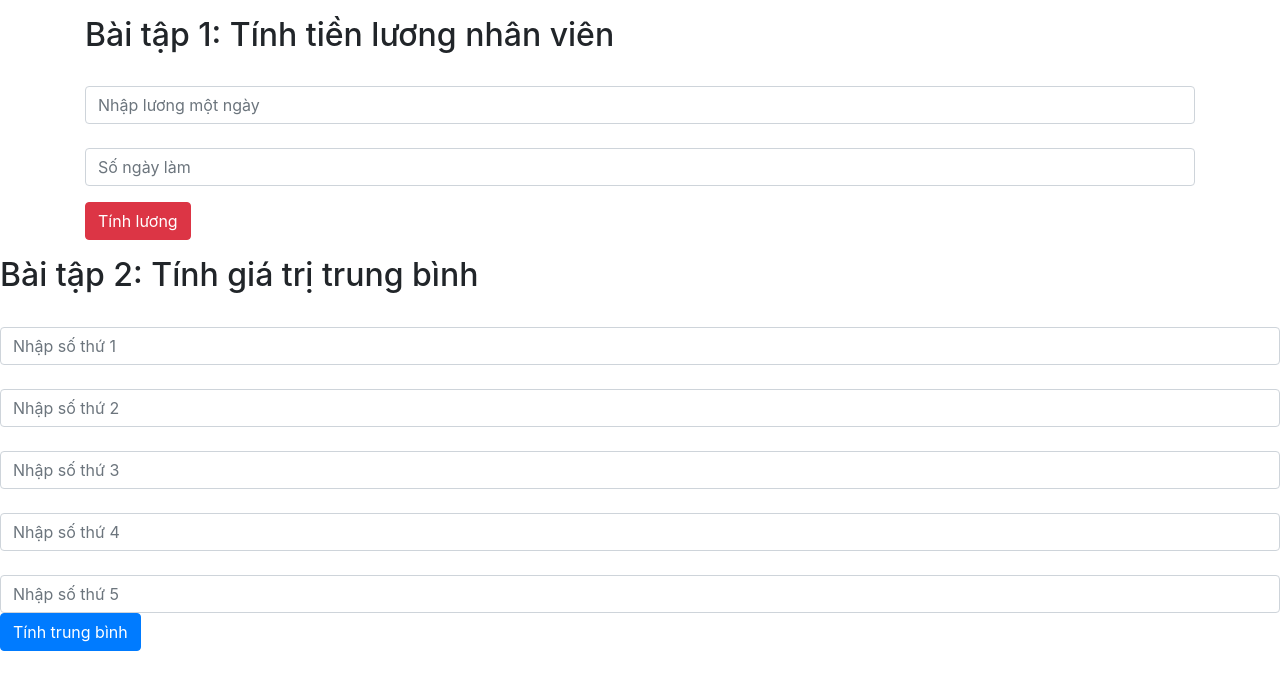
Repository: thanhfrankie/BC10-LeMinhThanh-Js-b2-3
Page: index.html
The author's editor kept a copy of each file at every save. The page is drawn from the files as they stood at one save, then again after a run of saves.
The browser window is 1280 px wide. The pictures show the whole page.

Above is the page before, as saved 2023-12-15 15:28:47.

### index.html
<!DOCTYPE html>
<html lang="en">
  <head>
    <title>Title</title>
    <!-- Required meta tags -->
    <meta charset="utf-8" />
    <meta
      name="viewport"
      content="width=device-width, initial-scale=1, shrink-to-fit=no"
    />

    <!-- Bootstrap CSS -->
    <link
      rel="stylesheet"
      href="https://stackpath.bootstrapcdn.com/bootstrap/4.3.1/css/bootstrap.min.css"
      integrity="sha384-ggOyR0iXCbMQv3Xipma34MD+dH/1fQ784/j6cY/iJTQUOhcWr7x9JvoRxT2MZw1T"
      crossorigin="anonymous"
    />
  </head>
  <body>
    <!-- Bài tập 1 -->
    <div class="container">
      <h2 class="mt-3">Bài tập 1: Tính tiền lương nhân viên
      </h2>
      <div class="form-group">
        <label for="luong-mot-ngay"></label>
        <input
          type="number"
          class="form-control"
          name=""
          id="luong-mot-ngay"
          aria-describedby="helpId"
          placeholder="Nhập lương một ngày"
          required
        />
        <label for="so-ngay-lam"></label>
        <input
          type="number"
          class="form-control"
          name=""
          id="so-ngay-lam"
          aria-describedby="helpId"
          placeholder="Số ngày làm"
          required
        />
        <button type="button" onclick="tinhLuong()" class="btn btn-danger mt-3">
          Tính lương
        </button>
      </div>
      <h2 id="luong-nhan-duoc"></h2>
    </div>
    <!-- Bài tập 2 -->
    <div class="form-group">
      <h2>Bài tập 2: Tính giá trị trung bình</h2>
      <label for="so-thu-1"></label>
      <input type="text"
        class="form-control" name="" id="so-thu-1" aria-describedby="helpId" placeholder="Nhập số thứ 1">
      <label for="so-thu-2"></label>
      <input type="text"
        class="form-control" name="" id="so-thu-2" aria-describedby="helpId" placeholder="Nhập số thứ 2">
      <label for="so-thu-3"></label>
      <input type="text"
        class="form-control" name="" id="so-thu-3" aria-describedby="helpId" placeholder="Nhập số thứ 3">
      <label for="so-thu-4"></label>
      <input type="text"
        class="form-control" name="" id="so-thu-4" aria-describedby="helpId" placeholder="Nhập số thứ 4">
      <label for="so-thu-5"></label>
      <input type="text"
        class="form-control" name="" id="so-thu-5" aria-describedby="helpId" placeholder="Nhập số thứ 5">
      <button type="button" onclick="tinhTrungBinh()" class="btn btn-primary">Tính trung bình</button>
      <h2 id="ket-qua"></h2>
    </div>
    <!-- Optional JavaScript -->
    <!-- jQuery first, then Popper.js, then Bootstrap JS -->
    <script
      src="https://code.jquery.com/jquery-3.3.1.slim.min.js"
      integrity="sha384-q8i/X+965DzO0rT7abK41JStQIAqVgRVzpbzo5smXKp4YfRvH+8abtTE1Pi6jizo"
      crossorigin="anonymous"
    ></script>
    <script
      src="https://cdnjs.cloudflare.com/ajax/libs/popper.js/1.14.7/umd/popper.min.js"
      integrity="sha384-UO2eT0CpHqdSJQ6hJty5KVphtPhzWj9WO1clHTMGa3JDZwrnQq4sF86dIHNDz0W1"
      crossorigin="anonymous"
    ></script>
    <script
      src="https://stackpath.bootstrapcdn.com/bootstrap/4.3.1/js/bootstrap.min.js"
      integrity="sha384-JjSmVgyd0p3pXB1rRibZUAYoIIy6OrQ6VrjIEaFf/nJGzIxFDsf4x0xIM+B07jRM"
      crossorigin="anonymous"
    ></script>
    <script src="./index.js"></script>
  </body>
</html>

### index.js
// Bài tập 1
/**
 * B1: tạo biến, lấy giá trị từ input
 * B2: Tính lương
 * + tạo biến để tính lương: lương 1 ngày * số ngày làm
 * + gán sự kiện click cho button
 * B3: hiển thị kết quả
 */
function tinhLuong() {
  // B1:
  var luongMotNgay = document.getElementById("luong-mot-ngay").value;
  var soNgayLam = document.getElementById("so-ngay-lam").value;
  // B2, B3:
  var luongNhanDuoc = document.getElementById("luong-nhan-duoc");
  luongNhanDuoc.innerText = luongMotNgay * soNgayLam;
}
// Bài tập 2
/**
 * B1: tạo biến, lấy giá trị từ input
 * B2: Tính giá trị trung bình
 * + tạo biến để tính giá trị trung bình: tổng các giá trị đã nhập / số giá trị đã nhập
 * + gán sự kiện click cho button
 * B3: hiển thị kết quả
 */
function tinhTrungBinh() {

}

After the next 3 saves:
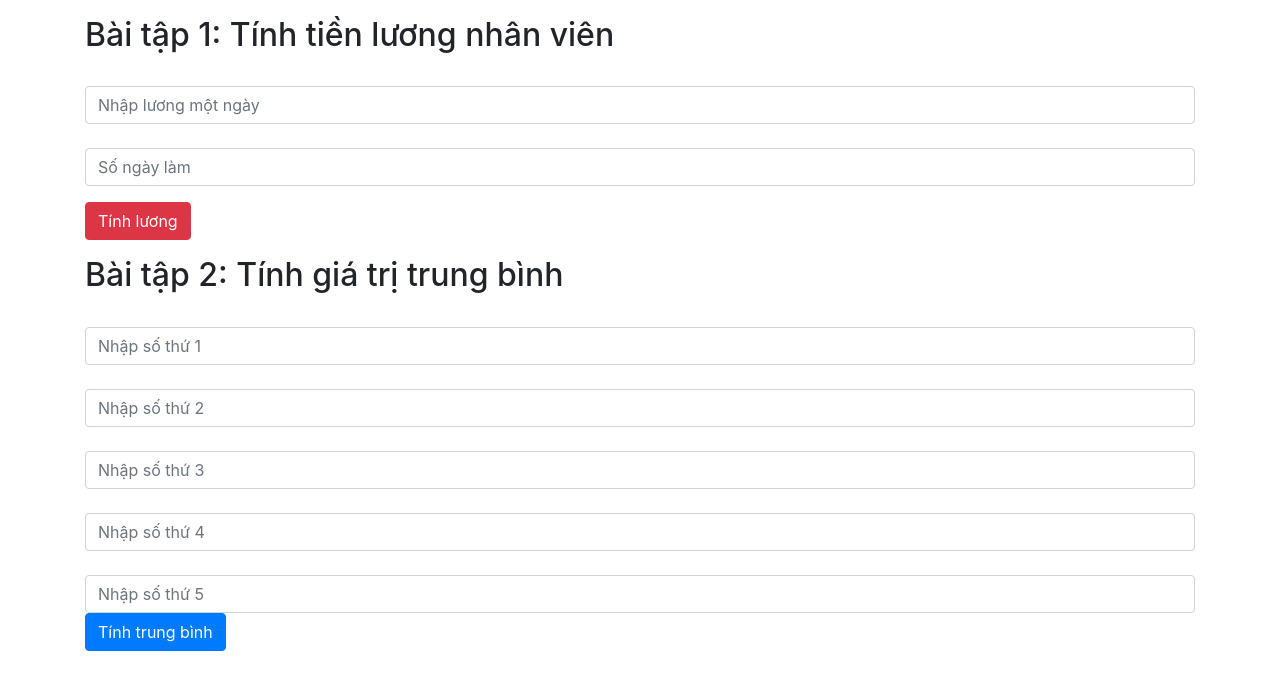
The 3 saves are shown as one change because they came seconds apart.
The last was saved 18 s later.
--- a/index.html
+++ b/index.html
@@ -20,8 +20,7 @@
   <body>
     <!-- Bài tập 1 -->
     <div class="container">
-      <h2 class="mt-3">Bài tập 1: Tính tiền lương nhân viên
-      </h2>
+      <h2 class="mt-3">Bài tập 1: Tính tiền lương nhân viên</h2>
       <div class="form-group">
         <label for="luong-mot-ngay"></label>
         <input
@@ -50,26 +49,61 @@
       <h2 id="luong-nhan-duoc"></h2>
     </div>
     <!-- Bài tập 2 -->
-    <div class="form-group">
-      <h2>Bài tập 2: Tính giá trị trung bình</h2>
-      <label for="so-thu-1"></label>
-      <input type="text"
-        class="form-control" name="" id="so-thu-1" aria-describedby="helpId" placeholder="Nhập số thứ 1">
-      <label for="so-thu-2"></label>
-      <input type="text"
-        class="form-control" name="" id="so-thu-2" aria-describedby="helpId" placeholder="Nhập số thứ 2">
-      <label for="so-thu-3"></label>
-      <input type="text"
-        class="form-control" name="" id="so-thu-3" aria-describedby="helpId" placeholder="Nhập số thứ 3">
-      <label for="so-thu-4"></label>
-      <input type="text"
-        class="form-control" name="" id="so-thu-4" aria-describedby="helpId" placeholder="Nhập số thứ 4">
-      <label for="so-thu-5"></label>
-      <input type="text"
-        class="form-control" name="" id="so-thu-5" aria-describedby="helpId" placeholder="Nhập số thứ 5">
-      <button type="button" onclick="tinhTrungBinh()" class="btn btn-primary">Tính trung bình</button>
-      <h2 id="ket-qua"></h2>
+    <div class="container">
+      <div class="form-group">
+        <h2>Bài tập 2: Tính giá trị trung bình</h2>
+        <label for="so-thu-1"></label>
+        <input
+          type="text"
+          class="form-control"
+          name=""
+          id="so-thu-1"
+          aria-describedby="helpId"
+          placeholder="Nhập số thứ 1"
+        />
+        <label for="so-thu-2"></label>
+        <input
+          type="text"
+          class="form-control"
+          name=""
+          id="so-thu-2"
+          aria-describedby="helpId"
+          placeholder="Nhập số thứ 2"
+        />
+        <label for="so-thu-3"></label>
+        <input
+          type="text"
+          class="form-control"
+          name=""
+          id="so-thu-3"
+          aria-describedby="helpId"
+          placeholder="Nhập số thứ 3"
+        />
+        <label for="so-thu-4"></label>
+        <input
+          type="text"
+          class="form-control"
+          name=""
+          id="so-thu-4"
+          aria-describedby="helpId"
+          placeholder="Nhập số thứ 4"
+        />
+        <label for="so-thu-5"></label>
+        <input
+          type="text"
+          class="form-control"
+          name=""
+          id="so-thu-5"
+          aria-describedby="helpId"
+          placeholder="Nhập số thứ 5"
+        />
+        <button type="button" onclick="tinhTrungBinh()" class="btn btn-primary">
+          Tính trung bình
+        </button>
+        <h2 id="ket-qua"></h2>
+      </div>
     </div>
+
     <!-- Optional JavaScript -->
     <!-- jQuery first, then Popper.js, then Bootstrap JS -->
     <script
